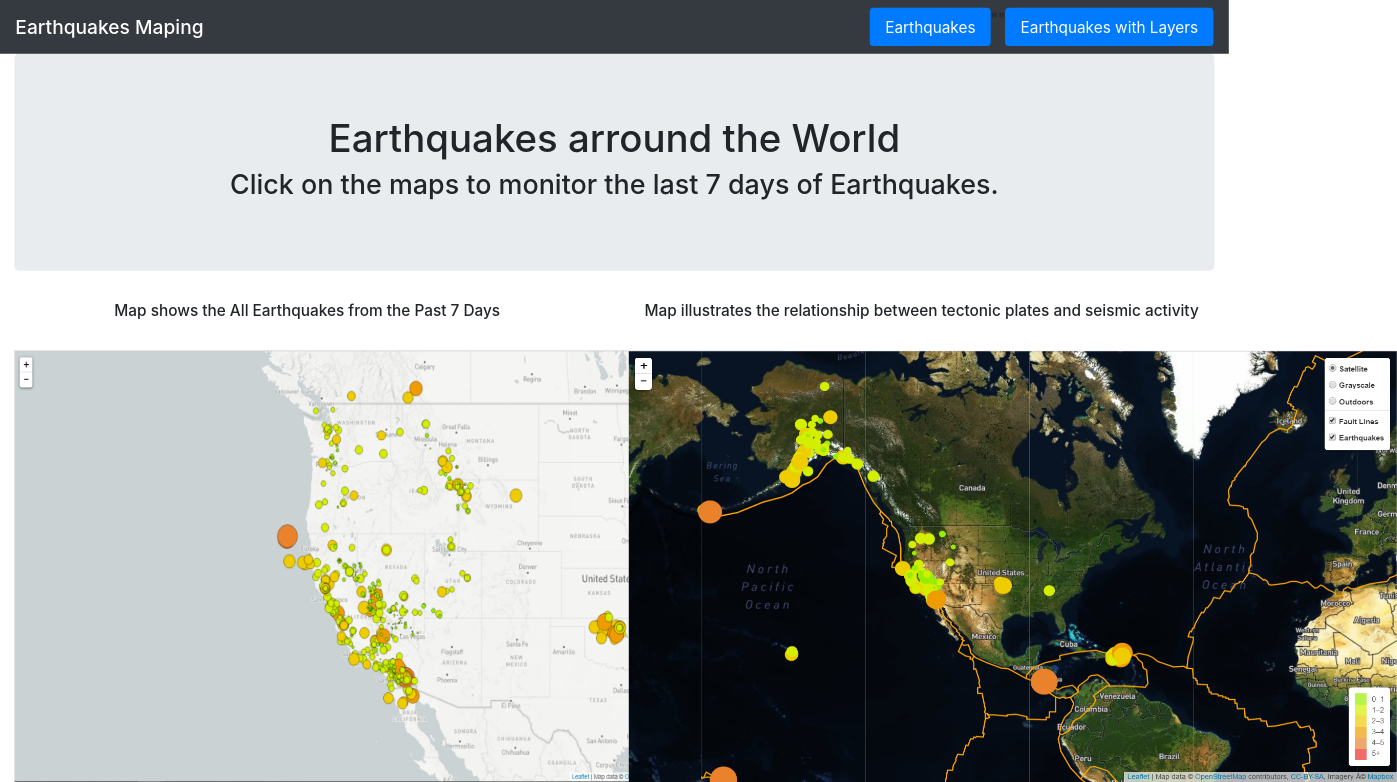
Repository: ermiasgelaye/leaflet-challenge
Page: index.html
An editor plug-in stored every save of this project. The page is shown before and after the next save, followed by the edit.
The browser window is 1280 px wide. The page is 1455 px wide, so the pictures cover 1455 px, including what lies to the right of the window. The pictures show the whole page, at 96% of full size.

Above is the page before, as saved 2020-09-18 22:41:57.

### index.html
<!DOCTYPE html>
<html lang="en">

<head>
    <meta charset="UTF-8" />
    <meta name="viewport" content="width=device-width, initial-scale=1.0" />
    <meta http-equiv="X-UA-Compatible" content="ie=edge" />
    <title>Earthquakes Challenge</title>
    <link rel="stylesheet" href="https://stackpath.bootstrapcdn.com/bootstrap/4.3.1/css/bootstrap.min.css" integrity="sha384-ggOyR0iXCbMQv3Xipma34MD+dH/1fQ784/j6cY/iJTQUOhcWr7x9JvoRxT2MZw1T" crossorigin="anonymous" />

    <!-- jQuery library -->
    <script src="https://ajax.googleapis.com/ajax/libs/jquery/3.4.1/jquery.min.js"></script>
    <link rel="stylesheet" type="text/css" href="static/css/style.css" />
    <!-- Latest compiled JavaScript -->
    <script src="https://maxcdn.bootstrapcdn.com/bootstrap/4.3.1/js/bootstrap.min.js"></script>
</head>

<body>
    <nav class="navbar navbar-dark bg-dark size_hide">
        <a href="index.html"><span class="navbar-brand mb-0 h1 back_color"
          >Earthquakes Maping</span
        ></a
      >

      <ul class="nav nav-pills">
        <li class="nav-item">
          <a class="nav-link active" href="Leaflet-Step-1/step-1.html"
            >Earthquakes</a>
        </li>
        <a>""</a>
        <li class="nav-item">
          <a class="nav-link active" href="Leaflet-Step-2/step-2.html"
            >Earthquakes with Layers</a
          >
        </li>
      </ul>
    </nav>
    <div  class="container-fluid">
      <div class="jumbotron text-center">

        <h1>Earthquakes arround the World</h1>
        <h3>
          Click on the maps to monitor the last 7 days of Earthquakes.
        </h3>
      </div>
      <div class="row">
        <div class="col-lg-6">
          <h6 style="text-align:center;"> Map shows the All Earthquakes from the Past 7 Days</h6>
          <br />
          <a href="Leaflet-Step-1/step-1.html"
            ><img
              src="images/2-BasicMap.png"
              alt="Mapping without Layers"
              width="800"
              height="450"
          /></a>
        </div>
        <div class="col-lg-6">
            <h6 style="text-align:center;">
                Map illustrates the relationship between tectonic plates and seismic activity
            </h6>
            <br />
            <a href="Leaflet-Step-2/step-2.html">
                <img src="images/5-Advanced.png" alt="Mapping with Layers" width="800" height="450" /></a>
        </div>
        </div>
        </div>
</body>

</html>

Loaded but not shown: static/css/style.css (common file)

After the next save:
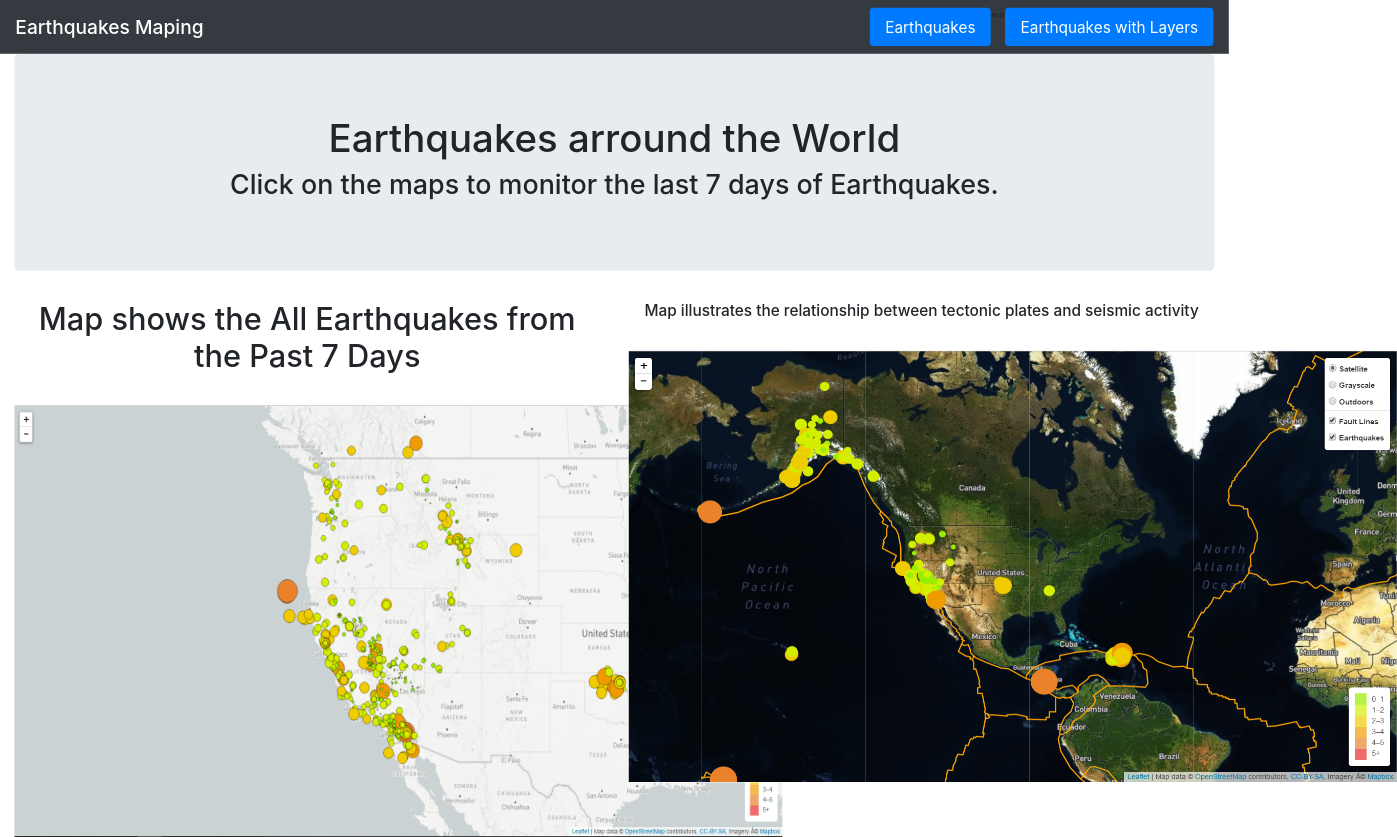
Saved 17 s later.
--- a/index.html
+++ b/index.html
@@ -45,7 +45,7 @@
       </div>
       <div class="row">
         <div class="col-lg-6">
-          <h6 style="text-align:center;"> Map shows the All Earthquakes from the Past 7 Days</h6>
+          <h2 style="text-align:center;"> Map shows the All Earthquakes from the Past 7 Days</h6>
           <br />
           <a href="Leaflet-Step-1/step-1.html"
             ><img
